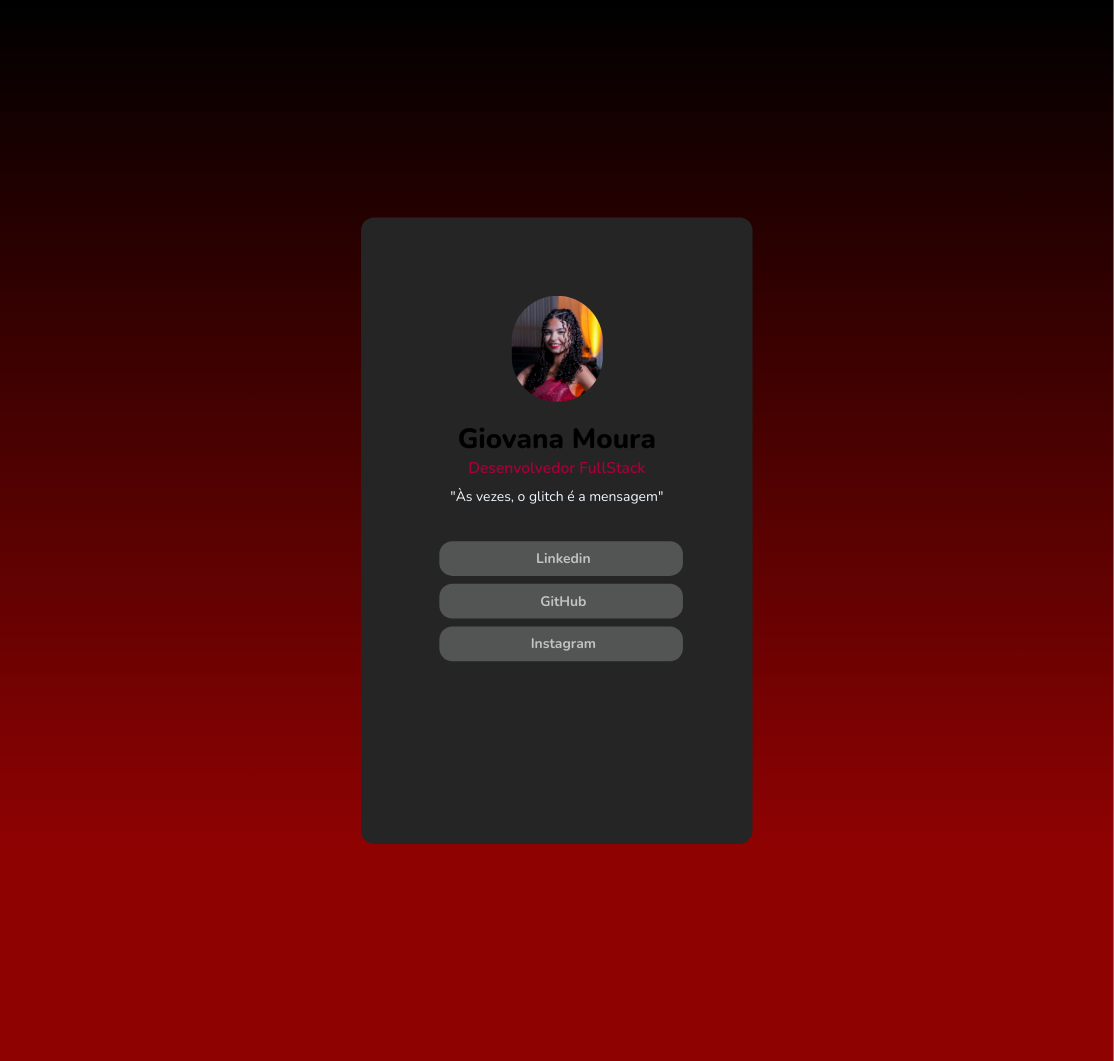
Repository: gimoli/linktree-giovana
Page: index.html
The author's editor kept a copy of each file at every save. The page is drawn from the files as they stood at one save, then again after the next save.
The browser window is 1280 px wide. The pictures show the whole page, at 87% of full size.
Some icons come from a web library that is not loaded, so they are not drawn.

Above is the page before, as saved 2025-04-14 19:38:45.

After the next save:
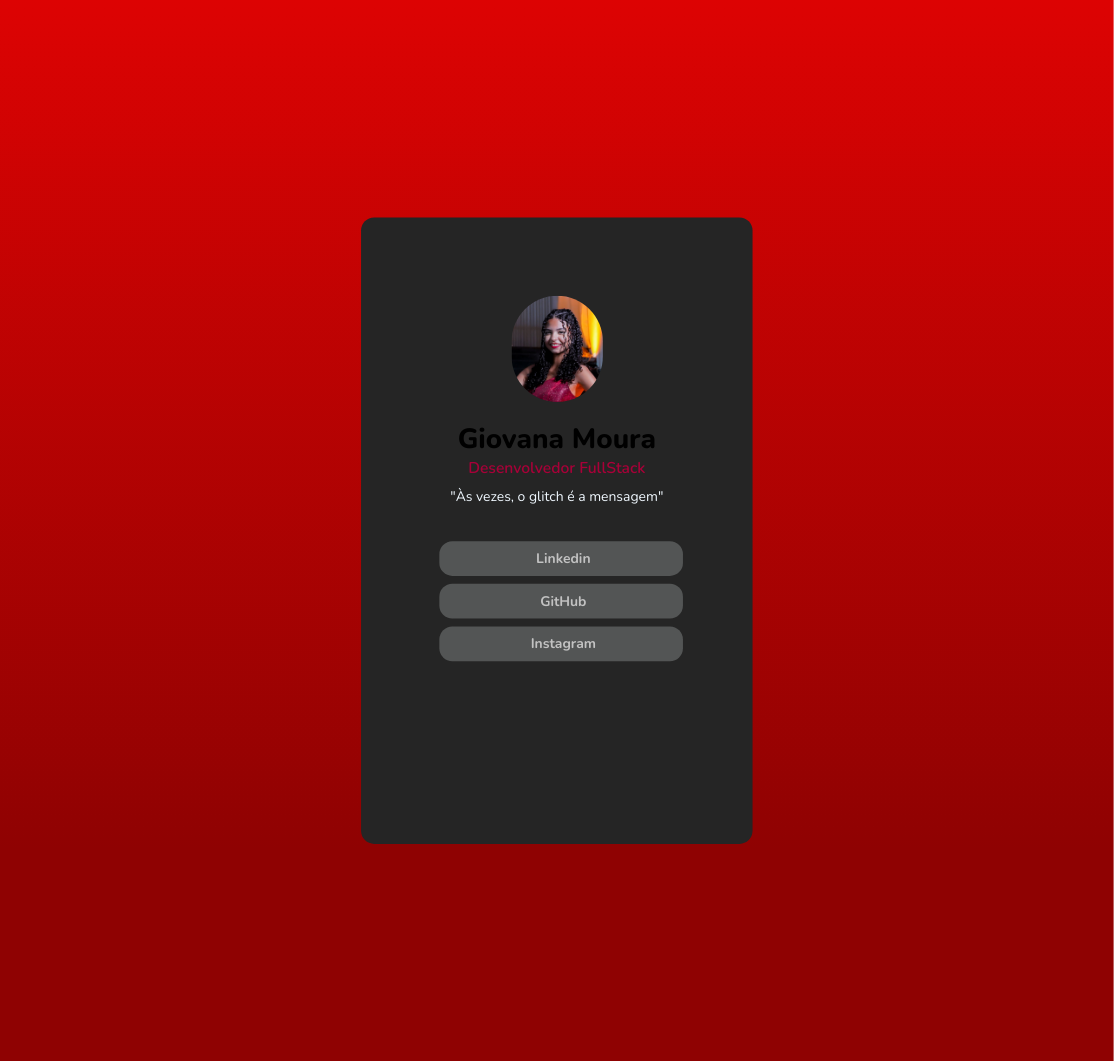
Saved 16 s later.
--- a/CSS/style.css
+++ b/CSS/style.css
@@ -8,7 +8,7 @@
 
 body {
     background-color: #833AB4;
-    background: linear-gradient(0deg, rgb(143, 2, 2) 20%, rgb(0, 0, 0) 100%);
+    background: linear-gradient(0deg, rgb(143, 2, 2) 20%, rgb(221, 3, 3) 100%);
     animation: gradientShift 10s ease infinite;
     background-size: 400%;
 }
